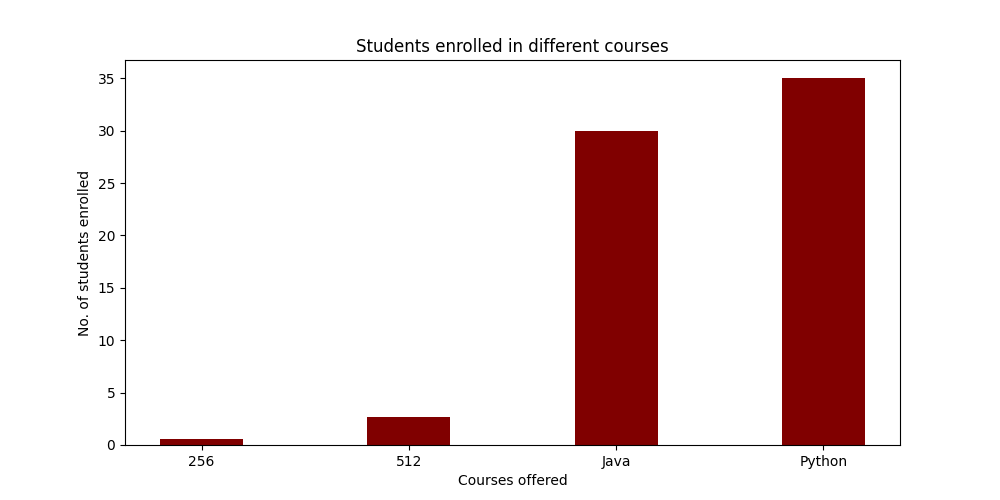
Repository: vishalsinghhh/DNA-cryptography-Project
Script's output: python DNA/Graphs.py
An editor plug-in stored every save of this project. The script's output is shown before and after a run of saves, followed by the edit.
Random numbers start from a fixed seed.

Above is the script's output before, as saved 2023-04-11 03:37:09.

After the next 2 saves:
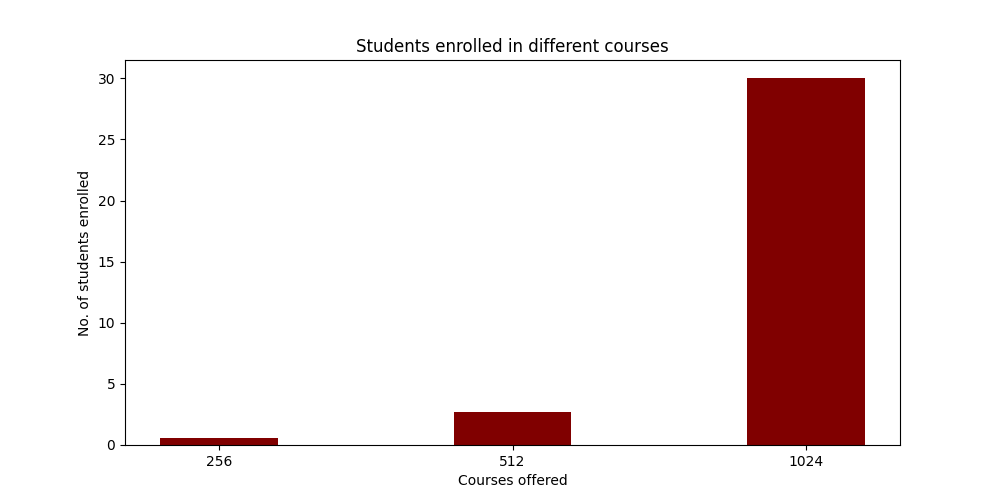
The 2 saves are shown as one change because they came seconds apart.
The last was saved 8 s later.
--- a/DNA/Graphs.py
+++ b/DNA/Graphs.py
@@ -3,8 +3,7 @@ import matplotlib.pyplot as plt
 
 
 # creating the dataset
-data = {'256':0.55, '512':2.69, 'Java':30,
-        'Python':35}
+data = {'256':0.55, '512':2.69, '1024':30}
 courses = list(data.keys())
 values = list(data.values())
 
